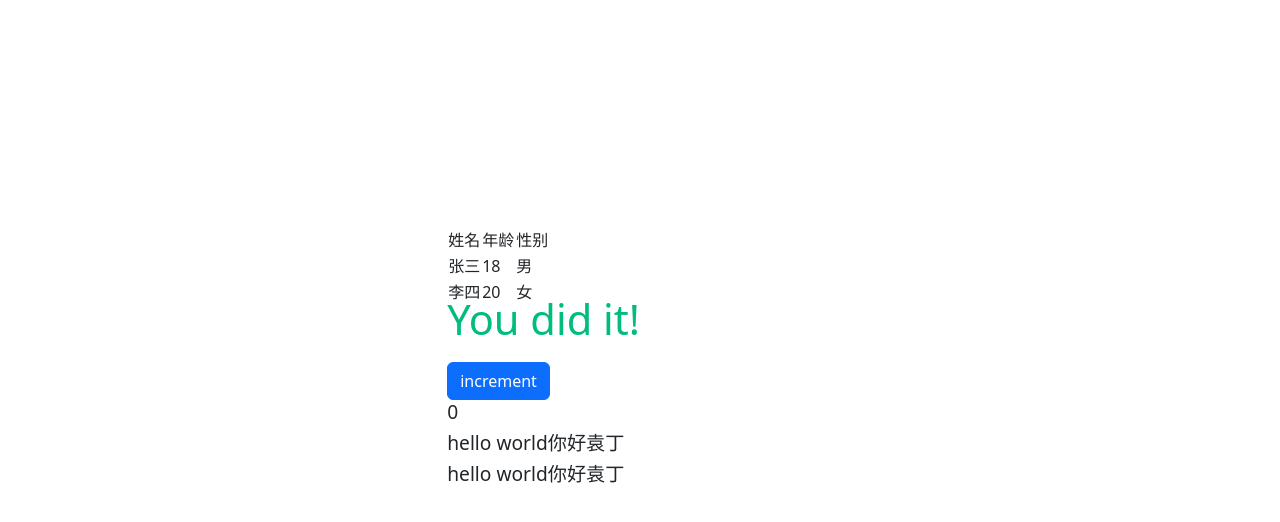
Repository: yuandinghh/vue
Page: /
The author's editor kept a copy of each file at every save. The page is drawn from the files as they stood at one save, then again after the next save.
The browser window is 1280 px wide. The pictures show the whole page.
The project was rebuilt for these pictures with package versions that can differ from the ones it lists, and the page was loaded fresh each time. Also part of the build but not shown: vite.config.ts, src/components/WelcomeItem.vue, src/components/icons/IconDocumentation.vue, src/components/icons/IconTooling.vue, src/components/icons/IconEcosystem.vue, src/components/icons/IconCommunity.vue, src/components/icons/IconSupport.vue, src/components/TheWelcome.vue and 1 more.

Above is the page before, as saved 2023-03-22 13:49:05.

### index.html
<!DOCTYPE html>
<html lang="en">
  <head>
    <meta charset="UTF-8">
    <link rel="icon" href="/favicon.ico">
    <meta name="viewport" content="width=device-width, initial-scale=1.0">
    <!-- <link href="https://cdn.staticfile.org/twitter-bootstrap/5.1.1/css/bootstrap.min.css" rel="stylesheet">
    <script src="https://cdn.staticfile.org/twitter-bootstrap/5.1.1/js/bootstrap.bundle.min.js"></script>
    <title>Vite App</title> -->
  </head>
  <body>
    <div id="app"></div>
    <script type="module" src="/src/main.ts"></script>
  </body>
</html>

### src/main.ts
import { createApp } from 'vue'
import App from './App.vue'
import router from './router'

import './assets/main.css'
import 'bootstrap/dist/css/bootstrap.min.css';
import 'bootstrap/dist/js/bootstrap.min.js';

const app = createApp(App)

app.use(router)

app.mount('#app')

### src/App.vue
<script setup lang="ts">
import { RouterLink, RouterView } from "vue-router";
import HelloWorld from "./components/HelloWorld.vue";
</script>

<template>
  <!-- <header>
      <img alt="Vue logo" class="logo" src="@/assets/logo.svg" width="125" height="125" />
      <div class="wrapper">
        <HelloWorld msg="You did it!" />
        <nav>
          <RouterLink to="/">Home</RouterLink>
          <RouterLink to="/about">About</RouterLink>
        </nav>
      </div>
    </header>
  <RouterView />-->

  <div>

    <div>   <!-- 写一个表格 -->
      <table>
        <tr>
          <th>姓名</th>
          <th>年龄</th>
          <th>性别</th>
        </tr>
        <tr>
          <td>张三</td>
          <td>18</td>
          <td>男</td>
        </tr>
        <tr>
          <td>李四</td>
          <td>20</td>
          <td>女</td>
        </tr>
      </table>

    </div>
    <HelloWorld msg="You did it!" />

  </div>

</template>


<style scoped>
header {
  line-height: 1.5;
  max-height: 100vh;
}

.logo {
  display: block;
  margin: 0 auto 2rem;
}

nav {
  width: 100%;
  font-size: 12px;
  text-align: center;
  margin-top: 2rem;
}

nav a.router-link-exact-active {
  color: var(--color-text);
}

nav a.router-link-exact-active:hover {
  background-color: transparent;
}

nav a {
  display: inline-block;
  padding: 0 1rem;
  border-left: 1px solid var(--color-border);
}

nav a:first-of-type {
  border: 0;
}

@media (min-width: 1024px) {
  header {
    display: flex;
    place-items: center;
    padding-right: calc(var(--section-gap) / 2);
  }

  .logo {
    margin: 0 2rem 0 0;
  }

  header .wrapper {
    display: flex;
    place-items: flex-start;
    flex-wrap: wrap;
  }

  nav {
    text-align: left;
    margin-left: -1rem;
    font-size: 1rem;

    padding: 1rem 0;
    margin-top: 1rem;
  }
}
</style>

### src/components/HelloWorld.vue
<script setup lang="ts">
import { defineProps } from "vue";
import { computed, reactive } from "vue";
defineProps<{
  msg: string;
}>();
    const state = reactive({
      count: 0,
      str:"hello world",
      str1:"你好袁丁"
    });

    const increment = () => {
      state.count++;
    };
     const str2 = computed(() => {
      return state.str + state.str1;
    });

    const str3 = state.str + state.str1;
</script>

<template>
  <div class="greetings">
    <h1 class="green">{{ msg }}</h1>
    <button @click="increment" class="btn btn-primary"> increment</button>
    <h3>{{state.count}}</h3>
    <h3>{{str2}}</h3>
    <h3>{{str3}}</h3>
    <!-- <h3>
      You’ve successfully created a project with
      <a
        href="https://vitejs.dev/"
        target="_blank"
        rel="noopener"
      >Vite</a> +
      <a href="https://vuejs.org/" target="_blank" rel="noopener">Vue 3</a>. What's next?
    </h3> -->
    <!-- <p>{{ str }}</p> -->
  </div>
</template>

<style scoped>
h1 {
  font-weight: 500;
  font-size: 2.6rem;
  top: -10px;
}

h3 {
  font-size: 1.2rem;
}

.greetings h1,
.greetings h3 {
  text-align: center;
}

@media (min-width: 1024px) {
  .greetings h1,
  .greetings h3 {
    text-align: left;
  }
}
</style>

Loaded but not shown: src/router/index.ts (common file); src/assets/main.css (common file); src/assets/base.css (common file)

After the next save:
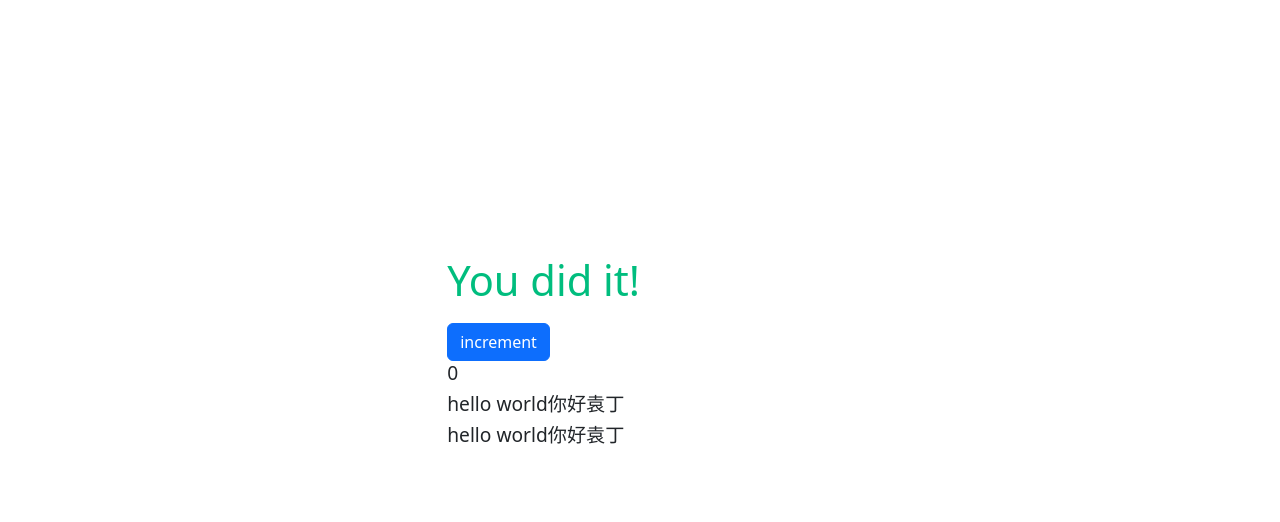
Saved 73 s later.
--- a/src/App.vue
+++ b/src/App.vue
@@ -19,7 +19,7 @@
   <div>
 
     <div>   <!-- 写一个表格 -->
-      <table>
+      <!-- <table>
         <tr>
           <th>姓名</th>
           <th>年龄</th>
@@ -35,7 +35,7 @@
           <td>20</td>
           <td>女</td>
         </tr>
-      </table>
+      </table> -->
 
     </div>
     <HelloWorld msg="You did it!" />
